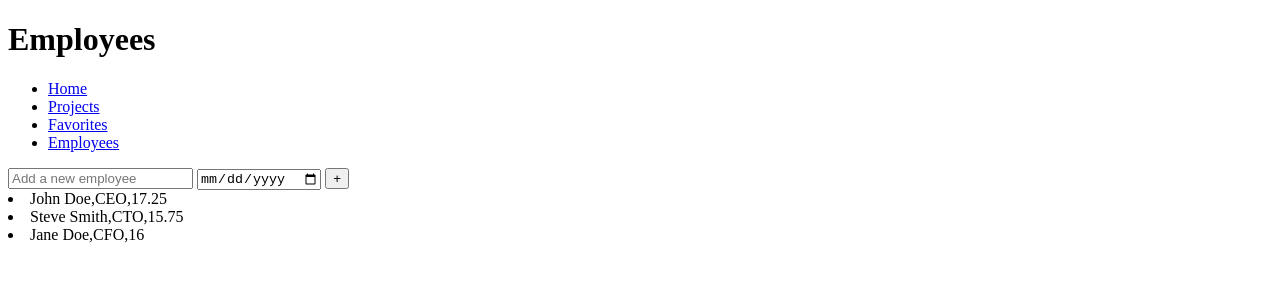
Repository: Kayla-amr/workApp
Page: client/employees.html
An editor plug-in stored every save of this project. The page is shown before and after the next save, followed by the edit.
The browser window is 1280 px wide. The pictures show the whole page.

Above is the page before, as saved 2023-12-04 06:11:09.
Console error: ReferenceError: employee is not defined

After the next save:
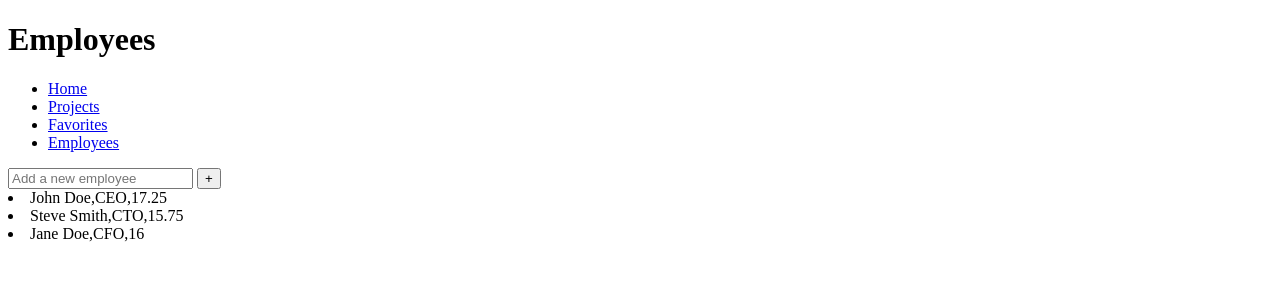
Saved 10 s later.
--- a/client/employees.html
+++ b/client/employees.html
@@ -19,7 +19,7 @@
         </nav>
         <div class="input">
             <input class="userEInput" type="text" placeholder="Add a new employee">
-            <input class="dateInput" type="date" placeholder="Date">
+
 
             <button class="addInput">+</button>
 
